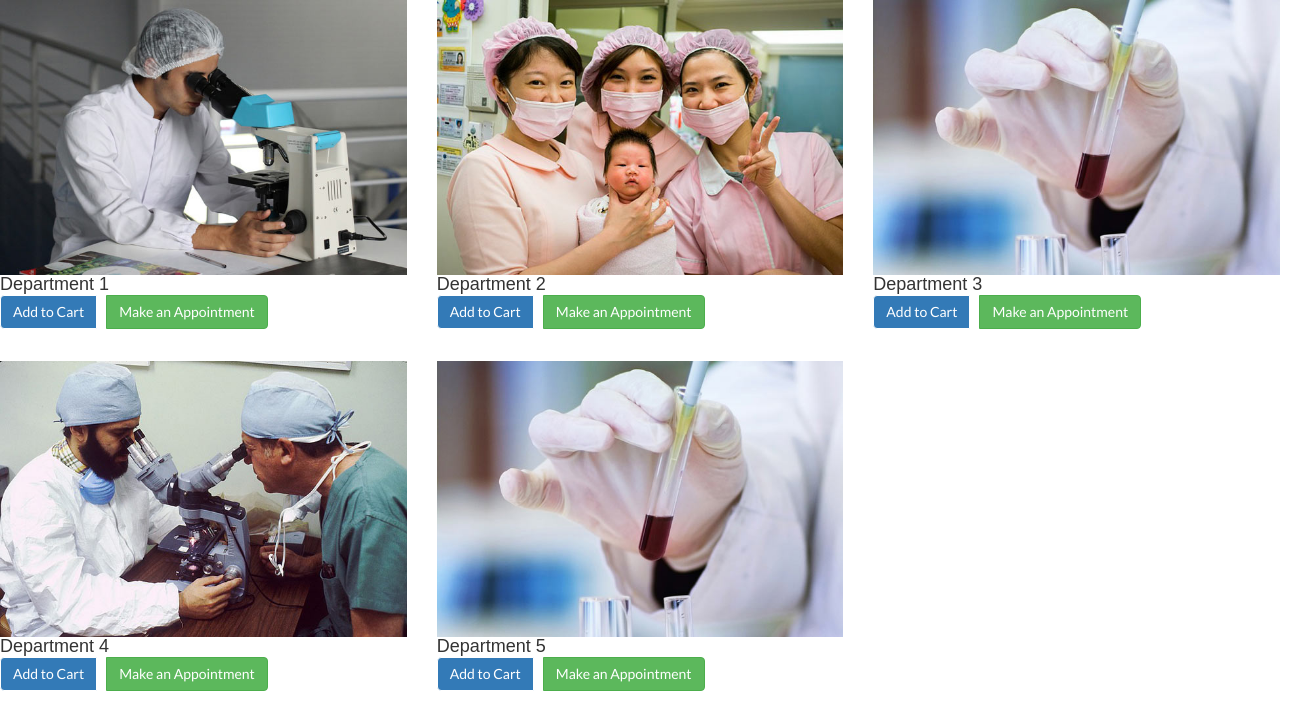
Repository: 72-faisal/work_to_do
Page: http://localhost/Khajina_Doctor/Department-home.jsp
The author's editor kept a copy of each file at every save. The page is drawn from the files as they stood at one save, then again after the next save.
The browser window is 1280 px wide. The page is 1295 px wide, so the pictures cover 1295 px, including what lies to the right of the window. The pictures show the whole page.
Some web fonts or font styles are not loaded; a fallback is used. The page is served by Tomcat 9. Other server files are loaded and not shown.

Above is the page before, as saved 2023-04-15 19:50:15.

### Khajina_Doctor/Khajina_Doctor/src/main/webapp/Department-home.jsp
<%@ page language="java" contentType="text/html; charset=ISO-8859-1"
    pageEncoding="ISO-8859-1"%>
<!DOCTYPE html>
<html>
<head>
<meta charset="ISO-8859-1">
<title>KhajjinaDoc a Medical Online Solution |</title>
<!-- for-meta-tags-->
<meta name="viewport" content="width=device-width, initial-scale=1">
<meta http-equiv="Content-Type" content="text/html; charset=utf-8" />
<meta name="keywords" content="Health Plus Responsive web template, Bootstrap Web Templates, Flat Web Templates, Android Compatible web template,
Smartphone Compatible web template, free web designs for Nokia, Samsung, LG, SonyEricsson, Motorola web design" />
<script type="application/x-javascript"> addEventListener("load", function() { setTimeout(hideURLbar, 0); }, false);
		function hideURLbar(){ window.scrollTo(0,1); } </script>
<!-- //for-meta-tags-->
<link href="css/bootstrap.css" rel="stylesheet" type="text/css" media="all" />
<link rel="stylesheet" href="css/flexslider.css" type="text/css" media="screen" Department="" />
<link href="css/services.css" rel="stylesheet" type="text/css" media="all" />
<link href="css/ziehharmonika.css" rel="stylesheet" type="text/css">
<link href="css/JiSlider.css" rel="stylesheet">
<link href="css/style.css" rel="stylesheet" type="text/css" media="all" />
<!-- font-awesome icons -->
<link href="css/font-awesome.css" rel="stylesheet">
<!-- //font-awesome icons -->
<link href="//fonts.googleapis.com/css?family=Raleway:200,200i,300,300i,400,400i,500,500i,600,600i,700,700i,800" rel="stylesheet">
<link href="//fonts.googleapis.com/css?family=Lato:300,300i,400,400i,700,900" rel="stylesheet">
<style>
.department .btn-group .btn:first-child {
  margin-right: 10px;
}

.btn-primary:hover {
  filter: brightness(70%);
}

</style>
</head>
<body>
<div class="department-box">
    <div class="row">
        <div class="col-md-4 department">
            <img src="images/g1.jpg" alt=" " class="img-responsive" />
            <div class="overlay">
                <h4>Department 1</h4>
                 <div class="btn-group" role="group">
                    <button type="button" class="btn btn-primary">Add to Cart</button>
                    <button type="button" class="btn btn-success">Make an Appointment</button>
                </div>
                <ul class="social_agileinfo">
                    <li><a href="#" class="w3_facebook"><i class="fa fa-facebook"></i></a></li>
                    <li><a href="#" class="w3_twitter"><i class="fa fa-twitter"></i></a></li>
                    <li><a href="#" class="w3_instagram"><i class="fa fa-instagram"></i></a></li>
                    <li><a href="#" class="w3_google"><i class="fa fa-google-plus"></i></a></li>
                </ul>
            </div>
        </div>
        <div class="col-md-4 department">
            <img src="images/g2.jpg" alt=" " class="img-responsive" />
            <div class="overlay">
                <h4>Department 2</h4>
                <div class="btn-group" role="group">
                    <button type="button" class="btn btn-primary">Add to Cart</button>
                    <button type="button" class="btn btn-success">Make an Appointment</button>
                </div>
                 <ul class="social_agileinfo">
                    <li><a href="#" class="w3_facebook"><i class="fa fa-facebook"></i></a></li>
                    <li><a href="#" class="w3_twitter"><i class="fa fa-twitter"></i></a></li>
                    <li><a href="#" class="w3_instagram"><i class="fa fa-instagram"></i></a></li>
                    <li><a href="#" class="w3_google"><i class="fa fa-google-plus"></i></a></li>
                </ul>
            </div>
        </div>
        <div class="col-md-4 department">
            <img src="images/g3.jpg" alt=" " class="img-responsive" />
            <div class="overlay">
                <h4>Department 3</h4>
                <div class="btn-group" role="group">
                    <button type="button" class="btn btn-primary">Add to Cart</button>
                    <button type="button" class="btn btn-success">Make an Appointment</button>
                </div>
                 <ul class="social_agileinfo">
                    <li><a href="#" class="w3_facebook"><i class="fa fa-facebook"></i></a></li>
                    <li><a href="#" class="w3_twitter"><i class="fa fa-twitter"></i></a></li>
                    <li><a href="#" class="w3_instagram"><i class="fa fa-instagram"></i></a></li>
                    <li><a href="#" class="w3_google"><i class="fa fa-google-plus"></i></a></li>
                </ul>
            </div>
        </div>
    </div>
    <div class="row">
        <div class="col-md-4 department">
            <img src="images/g4.jpg" alt=" " class="img-responsive" />
            <div class="overlay">
                <h4>Department 4</h4>
               <div class="btn-group" role="group">
                    <button type="button" class="btn btn-primary">Add to Cart</button>
                    <button type="button" class="btn btn-success">Make an Appointment</button>
                </div>
                 <ul class="social_agileinfo">
                    <li><a href="#" class="w3_facebook"><i class="fa fa-facebook"></i></a></li>
                    <li><a href="#" class="w3_twitter"><i class="fa fa-twitter"></i></a></li>
                    <li><a href="#" class="w3_instagram"><i class="fa fa-instagram"></i></a></li>
                    <li><a href="#" class="w3_google"><i class="fa fa-google-plus"></i></a></li>
                </ul>
            </div>
        </div>
         <div class="col-md-4 department">
            <img src="images/g3.jpg" alt=" " class="img-responsive" />
            <div class="overlay">
                <h4>Department 5</h4>
               <div class="btn-group" role="group">
                    <button type="button" class="btn btn-primary">Add to Cart</button>
                    <button type="button" class="btn btn-success">Make an Appointment</button>
                </div>
                 <ul class="social_agileinfo">
                    <li><a href="#" class="w3_facebook"><i class="fa fa-facebook"></i></a></li>
                    <li><a href="#" class="w3_twitter"><i class="fa fa-twitter"></i></a></li>
                    <li><a href="#" class="w3_instagram"><i class="fa fa-instagram"></i></a></li>
                    <li><a href="#" class="w3_google"><i class="fa fa-google-plus"></i></a></li>
                </ul>
            </div>
        </div>
    </div>
    </div>

</body>
</html>

### Khajina_Doctor/Khajina_Doctor/src/main/webapp/css/flexslider.css
/*
 * jQuery FlexSlider v2.0
 * http://www.woothemes.com/flexslider/
 *
 * Copyright 2012 WooThemes
 * Free to use under the GPLv2 license.
 * http://www.gnu.org/licenses/gpl-2.0.html
 *
 * Contributing author: Tyler Smith (@mbmufffin)
 */
/* Browser Resets */
.flex-container a:active,
.flexslider a:active,
.flex-container a:focus,
.flexslider a:focus  {outline: none;}
.slides,
.flex-control-nav,
.flex-direction-nav {margin: 0; padding: 0; list-style: none;}

/* FlexSlider Necessary Styles
*********************************/
.flexslider .slides > li {display: none; -webkit-backface-visibility: hidden;} /* Hide the slides before the JS is loaded. Avoids image jumping */
.flexslider .slides img {margin: 0 auto; display: block;}
.flex-pauseplay span {text-transform: capitalize;}

/* Clearfix for the .slides element */
.slides:after {content: "."; display: block; clear: both; visibility: hidden; line-height: 0; height: 0;}
html[xmlns] .slides {display: block;}
* html .slides {height: 1%;}

/* No JavaScript Fallback */
/* If you are not using another script, such as Modernizr, make sure you
 * include js that eliminates this class on page load */
.no-js .slides > li:first-child {display: block;}


/* FlexSlider Default Theme
*********************************/
.flexslider {
	border: 0px;
	position: relative;
	zoom: 1;
	overflow: hidden;
}
.flex-viewport {max-height: 2000px; -webkit-transition: all 1s ease; -moz-transition: all 1s ease; transition: all 1s ease;}
.loading .flex-viewport {max-height: 300px;}
.flexslider .slides {zoom: 1;}

.carousel li {margin-right: 5px}


/* Direction Nav */
.flex-direction-nav a {
	margin: 0;
    background: none;
    position: absolute;
    z-index: 10;
    cursor: pointer;
    opacity: .8;
    -webkit-transition: all .3s ease;
    font-family: FontAwesome;
    font-size: 2em;
    color: #fff;
	text-decoration: none;
	top: 50%;
}
.flex-direction-nav .flex-next {
    right: 5%;
}
.flex-direction-nav .flex-prev {
	left:5%;
}
.flex-direction-nav .flex-next:before{
	content:"\f178";
}
.flex-direction-nav .flex-prev:before{
	content:"\f177";
}
.flexslider:hover .flex-next {opacity: 1;}
.flexslider:hover .flex-prev {opacity: 1;}
.flexslider:hover .flex-next:hover, .flexslider:hover .flex-prev:hover {opacity: 1;}
.flex-direction-nav .flex-disabled {opacity: .3!important; filter:alpha(opacity=30); cursor: default;}
/* Control Nav */
.flex-control-nav {
	display: block;
    position: absolute;
    right: 5%;
    top: 20%;
}
.flex-control-nav li {
    margin: 15px 0;
    display: block;
    zoom: 1;
    position: relative;
}
.flex-control-paging li a {
	width: 15px;
    height: 15px;
    display: none;
    cursor: pointer;
    text-indent: -9999px;
    border: 5px solid rgba(255, 255, 255, 0.38);
    background: #bababa;
    text-align: center;
    border-radius: 15px;
}
.flex-control-paging li a.flex-active {
	background:#ff464f;
	cursor: default;
	transform: rotateX(360deg);
	-webkit-transform: rotateX(360deg);
	-moz-transform: rotateX(360deg);
	-o-transform: rotateX(360deg);
	-ms-transform: rotateX(360deg);
    transition: transform 2s;
}
.flex-control-thumbs {margin: 5px 0 0; position: static; overflow: hidden;}
.flex-control-thumbs li {width: 25%; float: left; margin: 0;}
.flex-control-thumbs img {width: 100%; display: block; opacity: .7; cursor: pointer;}
.flex-control-thumbs img:hover {opacity: 1;}
.flex-control-thumbs .flex-active {opacity: 1; cursor: default;}
@media screen and (max-width:1366px) {

}
@media screen and (max-width:1080px) {

}
@media screen and (max-width: 991px){

}
@media screen and (max-width: 667px){

}
@media screen and (max-width: 640px){

}
@media screen and (max-width: 600px){

}
@media screen and (max-width: 480px) {
	section.slider {
		padding-top: 0;
	}

}
@media screen and (max-width: 414px){

}
@media screen and (max-width: 384px){

}
@media screen and (max-width: 375px) {

}
@media screen and (max-width: 320px) {

}

### Khajina_Doctor/Khajina_Doctor/src/main/webapp/css/services.css
.ch-item {
	width: 100%;
	height: 100%;
	border-radius: 50%;
	position: relative;
	cursor: default;
	-webkit-perspective: 900px;
	-moz-perspective: 900px;
	-o-perspective: 900px;
	-ms-perspective: 900px;
	perspective: 900px;
}
.ch-info{
	position: absolute;
	width: 100%;
	height: 100%;
	-webkit-transform-style: preserve-3d;
	-moz-transform-style: preserve-3d;
	-o-transform-style: preserve-3d;
	-ms-transform-style: preserve-3d;
	transform-style: preserve-3d;
}
.ch-info > div {
	display: block;
	position: absolute;
	width: 100%;
	height: 100%;
	border-radius: 50%;
	background-position: center center;
	-webkit-transition: all 0.4s linear;
	-moz-transition: all 0.4s linear;
	-o-transition: all 0.4s linear;
	-ms-transition: all 0.4s linear;
	transition: all 0.4s linear;
	-webkit-transform-origin: 50% 0%;
	-moz-transform-origin: 50% 0%;
	-o-transform-origin: 50% 0%;
	-ms-transform-origin: 50% 0%;
	transform-origin: 50% 0%;
}

.ch-info .ch-info-front {
      border: 10px solid #1c588e;
    background: #fff;
}

.ch-info .ch-info-back {
	-webkit-transform: translate3d(0,0,-220px) rotate3d(1,0,0,90deg);
	-moz-transform: translate3d(0,0,-220px) rotate3d(1,0,0,90deg);
	-o-transform: translate3d(0,0,-220px) rotate3d(1,0,0,90deg);
	-ms-transform: translate3d(0,0,-220px) rotate3d(1,0,0,90deg);
	transform: translate3d(0,0,-220px) rotate3d(1,0,0,90deg);
	background: #000;
	opacity: 0;
}
.ch-info-front.ch-img-1 i,.ch-info-front.ch-img-2 i,.ch-info-front.ch-img-3 i ,.ch-info-front.ch-img-4 i ,.ch-info-front.ch-img-5 i   {
    color: #232323;
    font-size: 4em;
    line-height: 3em;
}

.ch-info h5 {
    color: #fff;
    text-transform: uppercase;
    letter-spacing: 2px;
    font-size: 20px;
    margin: 0 15px;
    padding: 78px 0 0 0;
    height: 110px;
    text-shadow: 0 0 1px #fff, 0 1px 2px rgba(0,0,0,0.3);
}

.ch-info p {
	color: #de0f17;
    padding:10px 5px;
    font-style:italic;
    margin:0 30px;
    font-size:12px;
    border-top:1px solid rgba(47, 46, 46, 0.5);
}

.ch-info p a {
	display: block;
	color: #fff;
	color: rgba(255,255,255,0.7);
	font-style: normal;
	font-weight: 700;
	text-transform: uppercase;
	font-size: 9px;
	letter-spacing: 1px;
	padding-top: 4px;
	font-family: 'Open Sans', Arial, sans-serif;
}

.ch-info p a:hover {
	color: #fff222;
	color: rgba(255,242,34, 0.8);
}

.ch-item:hover .ch-info-front {
	-webkit-transform: translate3d(0,280px,0) rotate3d(1,0,0,-90deg);
	-moz-transform: translate3d(0,280px,0) rotate3d(1,0,0,-90deg);
	-o-transform: translate3d(0,280px,0) rotate3d(1,0,0,-90deg);
	-ms-transform: translate3d(0,280px,0) rotate3d(1,0,0,-90deg);
	transform: translate3d(0,280px,0) rotate3d(1,0,0,-90deg);
	opacity: 0;
}

.ch-item:hover .ch-info-back {
	-webkit-transform: rotate3d(1,0,0,0deg);
	-moz-transform: rotate3d(1,0,0,0deg);
	-o-transform: rotate3d(1,0,0,0deg);
	-ms-transform: rotate3d(1,0,0,0deg);
	transform: rotate3d(1,0,0,0deg);
	opacity: 1;
}

### Khajina_Doctor/Khajina_Doctor/src/main/webapp/css/ziehharmonika.css
/* @author Tim himself */

.ziehharmonika h3 {
    background: rgba(255, 255, 255, 0);
    color: #151414;
    text-align: left;
    border-radius: 0px;
    padding: 25px 20px;
    cursor: pointer;
    margin-top: 0;
    margin-bottom: 25px;
    padding-right: 40px;
    transition: 0.25s all;
    position: relative;
    border: 6px solid #191919;
    font-weight: 700;
    letter-spacing: 1px;
}
.ziehharmonika h3.active {
    margin-bottom: 21px;
  background: #207fdc;
    border: 6px solid rgba(44, 185, 139, 0.01);
}
.ziehharmonika h3::before {
	content: attr(data-prefix);
	font-size: 18px;
	margin-right: 9px;
}
.ziehharmonika > div {
	display: none;
	    background: #fff;
    border-radius: 0;
    border: 1px solid #cdcdcd;
    text-align: left;
    padding: 31px 33px;
    margin-bottom: 9px;
}
.ziehharmonika .arrowDown {
	width: 0;
	height: 0;
	border-style: solid;
	border-width: 13.0px 7.5px 0 7.5px;
	border-color: #272e35 transparent transparent transparent;
	position: absolute;
	bottom: 0;
	left: 40px;
	transition: 0.25s all;
	opacity: 0;
}
.ziehharmonika .active .arrowDown {
       bottom: -18px;
    border-color: #207fdc transparent transparent transparent;
    opacity: 1;
}
.ziehharmonika .collapseIcon {
	    position: absolute;
    right: 20px;
    top: 52%;
    font-size: 30px;
    font-weight: 400;
    -ms-transform: translate(0, -50%);
    transform: translate(0, -50%);
}
/*--/Responsive--*/
@media(max-width:640px){
	.ziehharmonika > div {
		display: none;
		background: #fff;
		border-radius: 0;
		border: 1px solid #cdcdcd;
		text-align: left;
		padding: 15px 15px;
		margin-bottom: 9px;
	}
	.ziehharmonika h3 {
      padding: 15px 20px;
	}
}
@media(max-width:414px){
	.ziehharmonika h3 {
		padding: 9px 15px;
		margin-bottom: 14px;
		padding-right: 40px;
		font-size: 1.2em;
	}
}
/*--//Responsive--*/

### Khajina_Doctor/Khajina_Doctor/src/main/webapp/css/JiSlider.css
/****** JiSlider css ******/
	#JiSlider {
				width: 100%;
				height: 100%;
			}
.jislider ul {
	height: 100%;
	margin: 0;
	padding: 0;
	position: relative;
	list-style-type: none;
}

.jislider ul li {
	position: relative;
	height: 100%;
	float: left;
	overflow: hidden;
}

.jislider__img {
	position: absolute;
	top: 0;
	left: 0;
	background-size: cover;
	background-position: center;
	width: 100%;
	height: 100%;
	z-index: -1;
}

.jislider__left-arrow {
	position: absolute;
	left: 30px;
	top: 0;
	bottom: 0;
	margin: auto;
	width: 30px;
	height: 60px;
	cursor: pointer;
}

.jislider__left-arrow__top {
	content: '';
	position: absolute;
	top: 0;
	left: 0;
	width: 2px;
	height: 30px;
	background-color: inherit;
	-webkit-transform: rotate(30deg) translateX(10px) translateY(-3px);
	-ms-transform: rotate(30deg) translateX(10px) translateY(-3px);
	transform: rotate(30deg) translateX(10px) translateY(-3px);
}

.jislider__left-arrow__bottom {
	content: '';
	position: absolute;
	bottom: 0;
	left: 0;
	width: 2px;
	height: 30px;
	background-color: inherit;
	-webkit-transform: rotate(-30deg) translateX(10px) translateY(3px);
	-ms-transform: rotate(-30deg) translateX(10px) translateY(3px);
	transform: rotate(-30deg) translateX(10px) translateY(3px);
}


.jislider__right-arrow {
	position: absolute;
	right: 30px;
	top: 0;
	bottom: 0;
	margin: auto;
	width: 30px;
	height: 60px;
	cursor: pointer;
}

.jislider__right-arrow__top {
	content: '';
	position: absolute;
	top: 0;
	right: 0;
	width: 2px;
	height: 30px;
	background-color: inherit;
	-webkit-transform: rotate(-30deg) translateX(-10px) translateY(-3px);
	-ms-transform: rotate(-30deg) translateX(-10px) translateY(-3px);
	transform: rotate(-30deg) translateX(-10px) translateY(-3px);
}

.jislider__right-arrow__bottom {
	content: '';
	position: absolute;
	bottom: 0;
	right: 0;
	width: 2px;
	height: 30px;
	background-color: inherit;
	-webkit-transform: rotate(30deg) translateX(-10px) translateY(3px);
	-ms-transform: rotate(30deg) translateX(-10px) translateY(3px);
	transform: rotate(30deg) translateX(-10px) translateY(3px);
}

.jislider__controller {
    position: absolute;
    max-width: 80%;
    padding: 0 10px;
    left: -54%;
    right: 0;
    bottom: 20%;
    margin: auto;
    text-align: center;
}

.jislider__button {
    display: inline-block;
    width: 36px;
    height: 5px;
    margin: 0 0 0 7px;
    cursor: pointer;
    border: 2px solid #fff!important;
    background: #fff!important;
    box-shadow: 3px 3px rgba(0, 0, 0, 0.34);
}
.jislider__button.jislider__on{
	background:#de0f17!important;
    border:2px solid #de0f17!important;
    height:5px;
    width:36px;
	border-radius:0px!important;
}
.jislider__controller {
    width: 200px!important;
}
/*--start-responsive-design--*/
@media (max-width:1680px){
	.jislider__controller {
		left: -61%;
	}
}
@media (max-width:1600px){
	.jislider__controller {
		left: -64%;
	}
}
@media (max-width:1440px){
	.jislider__controller {

		bottom: 20%;
		left: -71%;
        right: 0;
	}
}
@media (max-width:1366px){
	.jislider__controller {
		bottom: 20%;
		left: -74%;
		right: 0;
	}
}
@media (max-width:1280px){

	.jislider__controller {
		left: -80%;
		right: 0;
		bottom: 20%;
	}
}
@media (max-width:1080px){
	.jislider__controller {
		left: -76%;
		right: 0;
		bottom: 24%;
	}
}
@media (max-width:1050px){
 .jislider__controller {
		left: -78%;
		right: 0;
		bottom: 24%;
	}
}
@media (max-width:1024px){
	.jislider__controller {
		left: -80%;
		right: 0;
		bottom: 26%;
	}
}
@media (max-width:991px){

	.jislider__controller {
		left: -63%;
		right: 0;
		bottom: 23%;
	}
}
@media (max-width:800px){
	.jislider__controller {
		left: -67%;
		right: 0;
		bottom: 23%;
	}
}
@media (max-width:768px){
	.jislider__controller {
		left: -72%;
		right: 0;
		bottom: 23%;
	}
}
@media (max-width:736px){
	.jislider__controller {
		left: -63%;
		right: 0;
		bottom: 27%;
	}
}
@media (max-width:667px){
   .jislider__controller {
		left: -66%;
		right: 0;
		bottom: 27%;
	}

}
@media (max-width:640px){
	.jislider__controller {
		left: -61%;
		right: 0;
		bottom: 23%;
	}
}
@media (max-width:600px){
	.jislider__controller {
		left: -60%;
		right: 0;
		bottom: 20%;
	}
}
@media (max-width:568px){
	.jislider__button {
		display: inline-block;
		width: 27px;
	}
}
@media (max-width:480px){

	.jislider__controller {
		left: -53%;
		right: 0;
		bottom: 22%;
	}
	.jislider__button {
		display: inline-block;
		width: 26px;
		height: 5px;
		margin: 0 0 0 7px;
	}
}
@media (max-width:414px){
	.jislider__left-arrow {
		position: absolute;
		left: 10px;
		top: 0;
		bottom: 0;
		margin: auto;
		width: 30px;
		height: 60px;
		cursor: pointer;
	}
	.jislider__right-arrow {
		position: absolute;
		right: 10px;
		top: 0;
		bottom: 0;
		margin: auto;
		width: 30px;
		height: 60px;
		cursor: pointer;
	}
	.jislider__controller {
		left: -53%;
		right: 0;
		bottom: 19%;
	}
}
@media (max-width:384px){
	.jislider__controller {
		padding: 0 0px;
		left: -49%;
		right: 0;
		bottom: 14%;
	}
}

Loaded but not shown: Khajina_Doctor/Khajina_Doctor/src/main/webapp/css/bootstrap.css (library); Khajina_Doctor/Khajina_Doctor/src/main/webapp/css/font-awesome.css (library); Khajina_Doctor/Khajina_Doctor/src/main/webapp/css/style.css (4106 lines, source omitted)

After the next save:
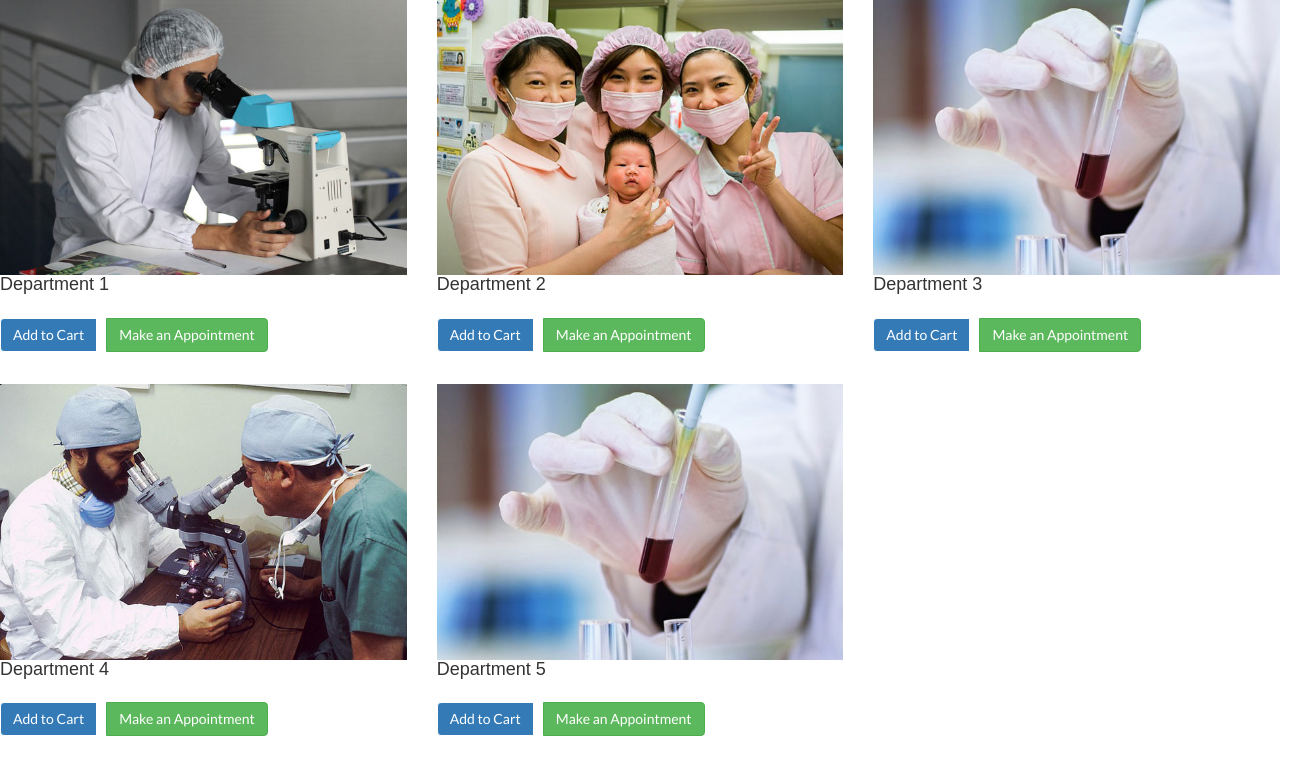
Saved 90 s later.
--- a/Khajina_Doctor/Khajina_Doctor/src/main/webapp/Department-home.jsp
+++ b/Khajina_Doctor/Khajina_Doctor/src/main/webapp/Department-home.jsp
@@ -41,11 +41,11 @@ Smartphone Compatible web template, free web designs for Nokia, Samsung, LG, Son
         <div class="col-md-4 department">
             <img src="images/g1.jpg" alt=" " class="img-responsive" />
             <div class="overlay">
-                <h4>Department 1</h4>
+                <h4>Department 1</h4><br>
                  <div class="btn-group" role="group">
                     <button type="button" class="btn btn-primary">Add to Cart</button>
                     <button type="button" class="btn btn-success">Make an Appointment</button>
-                </div>
+                </div><br>
                 <ul class="social_agileinfo">
                     <li><a href="#" class="w3_facebook"><i class="fa fa-facebook"></i></a></li>
                     <li><a href="#" class="w3_twitter"><i class="fa fa-twitter"></i></a></li>
@@ -57,11 +57,11 @@ Smartphone Compatible web template, free web designs for Nokia, Samsung, LG, Son
         <div class="col-md-4 department">
             <img src="images/g2.jpg" alt=" " class="img-responsive" />
             <div class="overlay">
-                <h4>Department 2</h4>
+                <h4>Department 2</h4><br>
                 <div class="btn-group" role="group">
                     <button type="button" class="btn btn-primary">Add to Cart</button>
                     <button type="button" class="btn btn-success">Make an Appointment</button>
-                </div>
+                </div><br>
                  <ul class="social_agileinfo">
                     <li><a href="#" class="w3_facebook"><i class="fa fa-facebook"></i></a></li>
                     <li><a href="#" class="w3_twitter"><i class="fa fa-twitter"></i></a></li>
@@ -73,11 +73,11 @@ Smartphone Compatible web template, free web designs for Nokia, Samsung, LG, Son
         <div class="col-md-4 department">
             <img src="images/g3.jpg" alt=" " class="img-responsive" />
             <div class="overlay">
-                <h4>Department 3</h4>
+                <h4>Department 3</h4><br>
                 <div class="btn-group" role="group">
                     <button type="button" class="btn btn-primary">Add to Cart</button>
                     <button type="button" class="btn btn-success">Make an Appointment</button>
-                </div>
+                </div><br>
                  <ul class="social_agileinfo">
                     <li><a href="#" class="w3_facebook"><i class="fa fa-facebook"></i></a></li>
                     <li><a href="#" class="w3_twitter"><i class="fa fa-twitter"></i></a></li>
@@ -91,11 +91,11 @@ Smartphone Compatible web template, free web designs for Nokia, Samsung, LG, Son
         <div class="col-md-4 department">
             <img src="images/g4.jpg" alt=" " class="img-responsive" />
             <div class="overlay">
-                <h4>Department 4</h4>
+                <h4>Department 4</h4><br>
                <div class="btn-group" role="group">
                     <button type="button" class="btn btn-primary">Add to Cart</button>
                     <button type="button" class="btn btn-success">Make an Appointment</button>
-                </div>
+                </div><br>
                  <ul class="social_agileinfo">
                     <li><a href="#" class="w3_facebook"><i class="fa fa-facebook"></i></a></li>
                     <li><a href="#" class="w3_twitter"><i class="fa fa-twitter"></i></a></li>
@@ -107,11 +107,11 @@ Smartphone Compatible web template, free web designs for Nokia, Samsung, LG, Son
          <div class="col-md-4 department">
             <img src="images/g3.jpg" alt=" " class="img-responsive" />
             <div class="overlay">
-                <h4>Department 5</h4>
+                <h4>Department 5</h4><br>
                <div class="btn-group" role="group">
                     <button type="button" class="btn btn-primary">Add to Cart</button>
                     <button type="button" class="btn btn-success">Make an Appointment</button>
-                </div>
+                </div><br>
                  <ul class="social_agileinfo">
                     <li><a href="#" class="w3_facebook"><i class="fa fa-facebook"></i></a></li>
                     <li><a href="#" class="w3_twitter"><i class="fa fa-twitter"></i></a></li>
